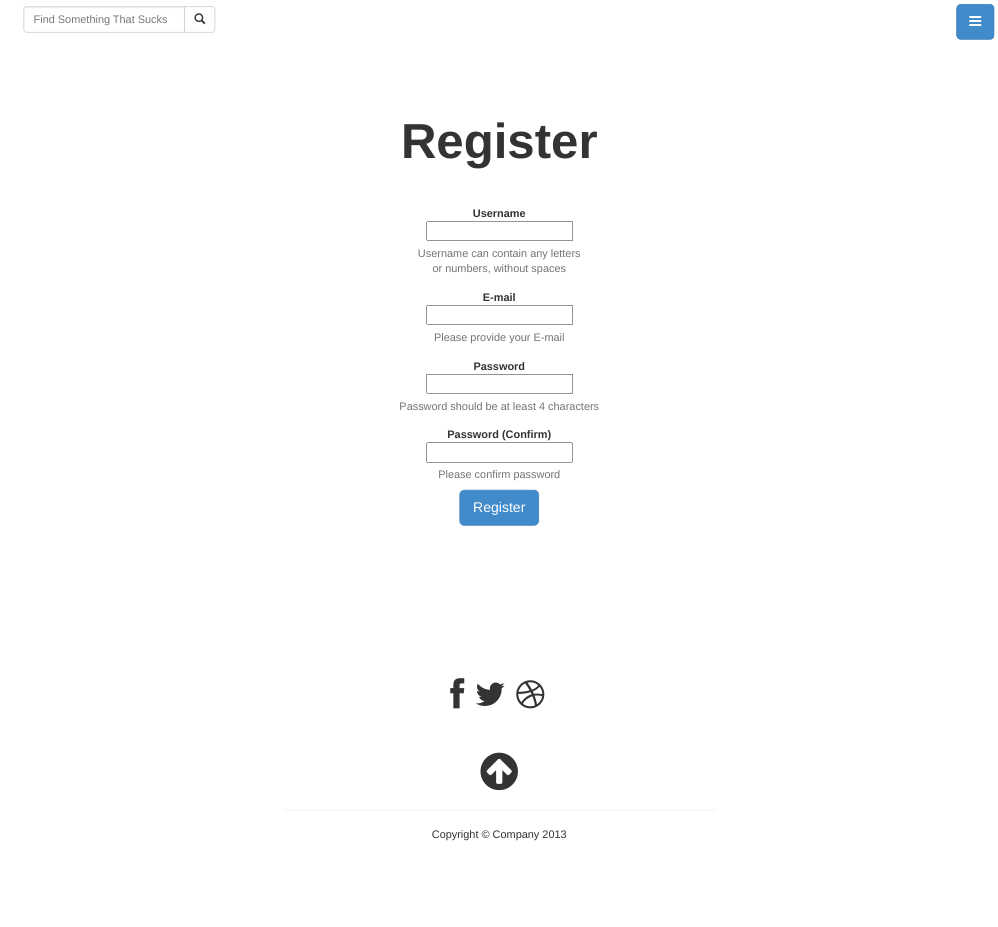
Repository: rajisreehari/sr
Page: http://localhost/SRWeb/WEB-INF/views/sr/register.jsp
An editor plug-in stored every save of this project. The page is shown before and after the next save, followed by the edit.
The browser window is 1280 px wide. The pictures show the whole page, at 78% of full size.
Backgrounds fixed to the window are drawn as part of the page. The page is served by Tomcat 9. Nobody is signed in. The template is opened directly, without the code that normally fills it, so the values that code supplies are empty.

Above is the page before, as saved 2014-07-16 00:37:43.

After the next save:
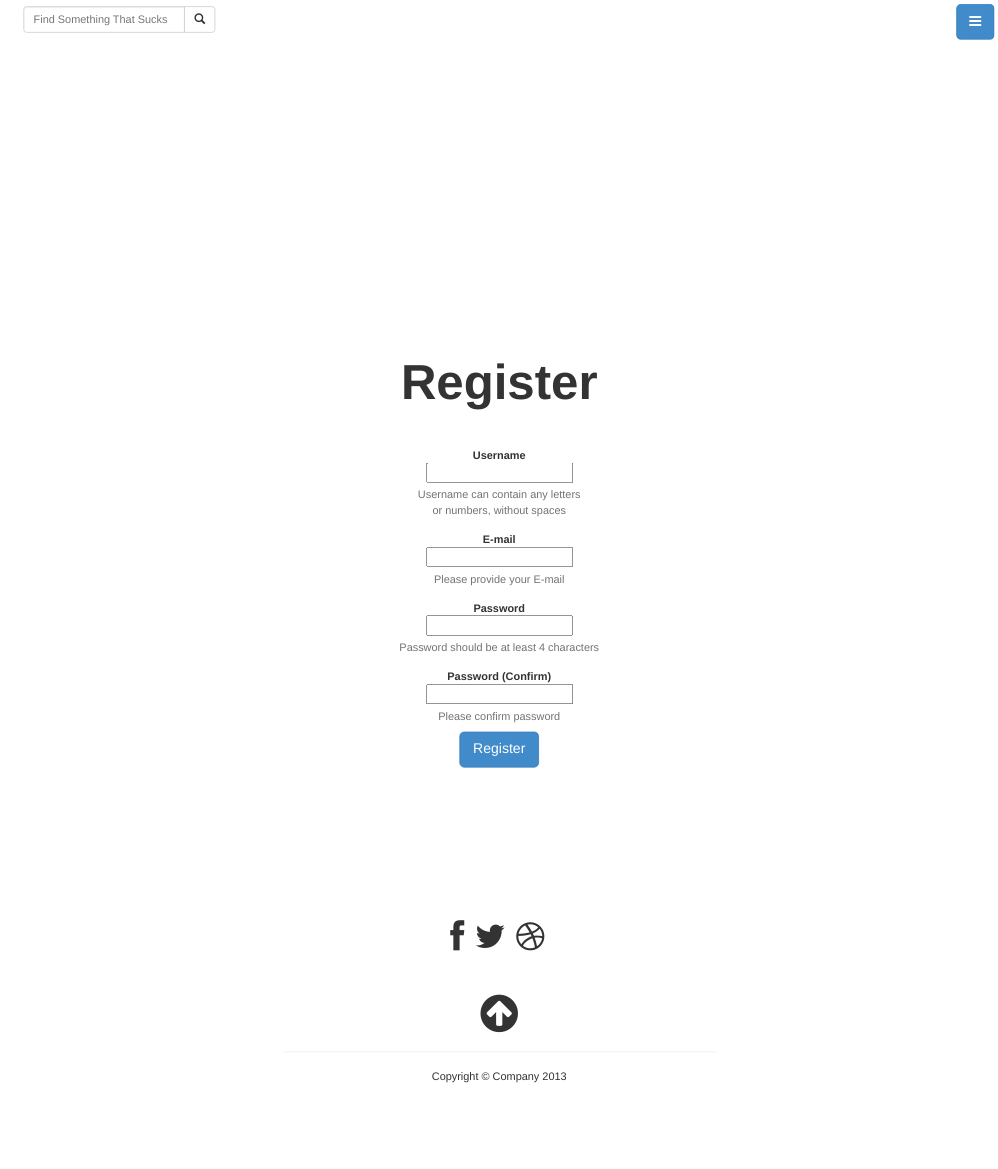
Saved 15 s later.
--- a/SRWeb/WebContent/WEB-INF/views/common/sidemenu.jsp
+++ b/SRWeb/WebContent/WEB-INF/views/common/sidemenu.jsp
@@ -1,7 +1,7 @@
 <%@ taglib prefix="c" uri="http://java.sun.com/jsp/jstl/core" %>
 
 <style>
-myCoolDiv{width: 100%;
+.myCoolDiv{width: 100%;
               height: 50%;
               min-width: 960px;
 }
@@ -21,7 +21,7 @@
             <li><a href="#contact">Contact</a></li>
         </ul>
     </div>
-    <div id="myCoolDiv" class="col-sm-3 col-md-3 pull-left">
+    <div class="col-sm-3 col-md-3 pull-left myCoolDiv">
             <form class="navbar-form" role="search">
                 <div class="input-group">
                     <input type="text" class="form-control" placeholder="Find Something That Sucks" name="q">

After the save that followed:
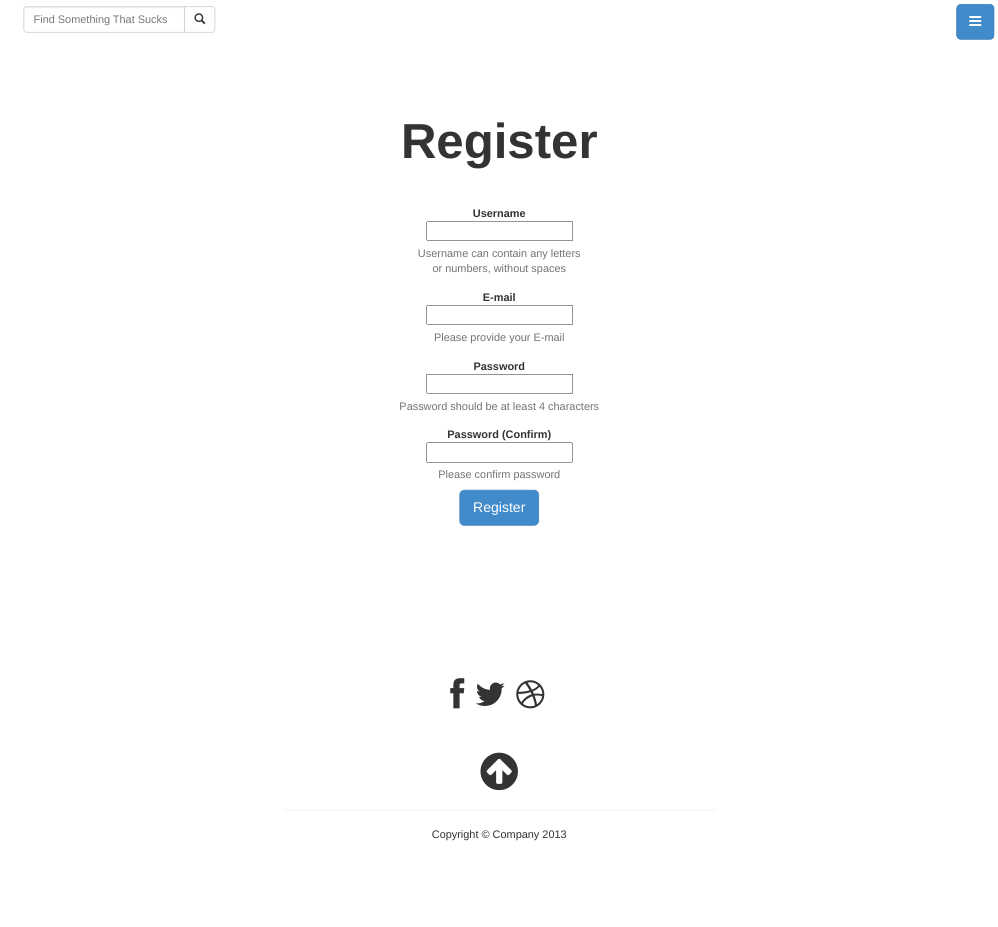
Saved 38 s later.
--- a/SRWeb/WebContent/WEB-INF/views/common/sidemenu.jsp
+++ b/SRWeb/WebContent/WEB-INF/views/common/sidemenu.jsp
@@ -1,8 +1,8 @@
 <%@ taglib prefix="c" uri="http://java.sun.com/jsp/jstl/core" %>
 
 <style>
-.myCoolDiv{width: 100%;
-              height: 50%;
+.myCoolDiv{width: 100px;
+              height: 50px;
               min-width: 960px;
 }
 
